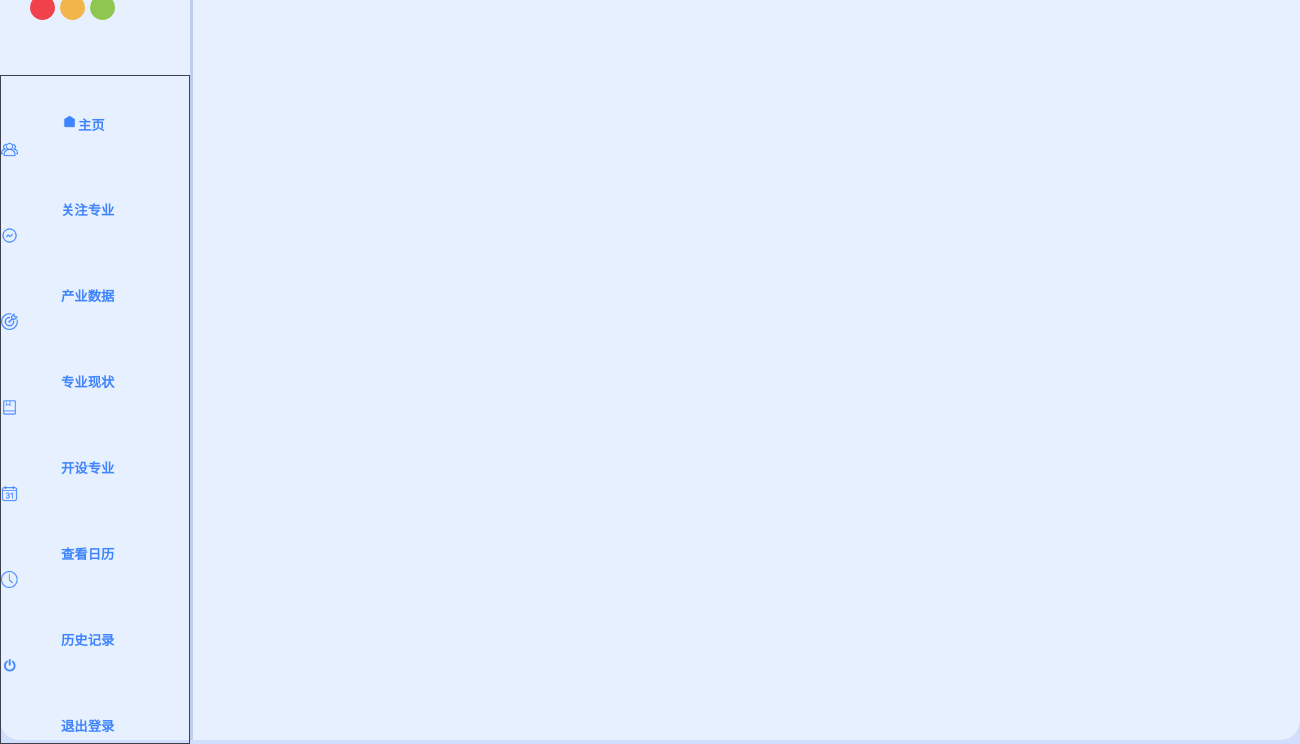
Repository: akaCSDN/test
Page: 2.1主页.html
An editor plug-in stored every save of this project. The page is shown before and after a run of saves, followed by the edit.
The browser window is 1280 px wide. The page is 1300 px wide, so the pictures cover 1300 px, including what lies to the right of the window. The pictures show the whole page.

Above is the page before, as saved 2022-12-03 12:59:13.

After the next 2 saves:
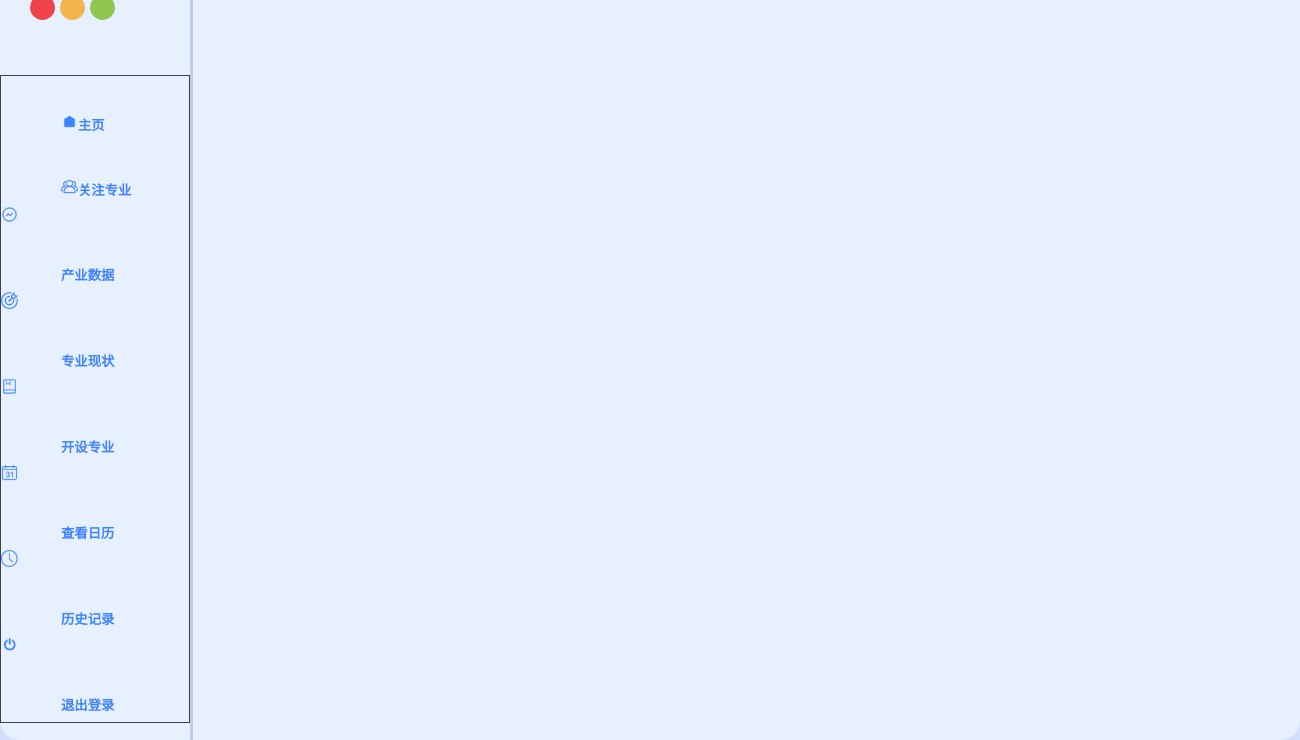
The 2 saves are shown as one change because they came seconds apart.
The last was saved 11 s later.
--- a/2.1主页.html
+++ b/2.1主页.html
@@ -96,7 +96,7 @@
 
                     <button><img src="./icon/主页.png" alt="">主页</button>
                     <br>
-                    <img src="./icon/专业.png" alt=""><button>关注专业</button>
+                    <button><img src="./icon/专业.png" alt="">关注专业</button>
                     <br>
                     <img src="./icon/数据.png" alt=""><button>产业数据</button>
                     <br>
